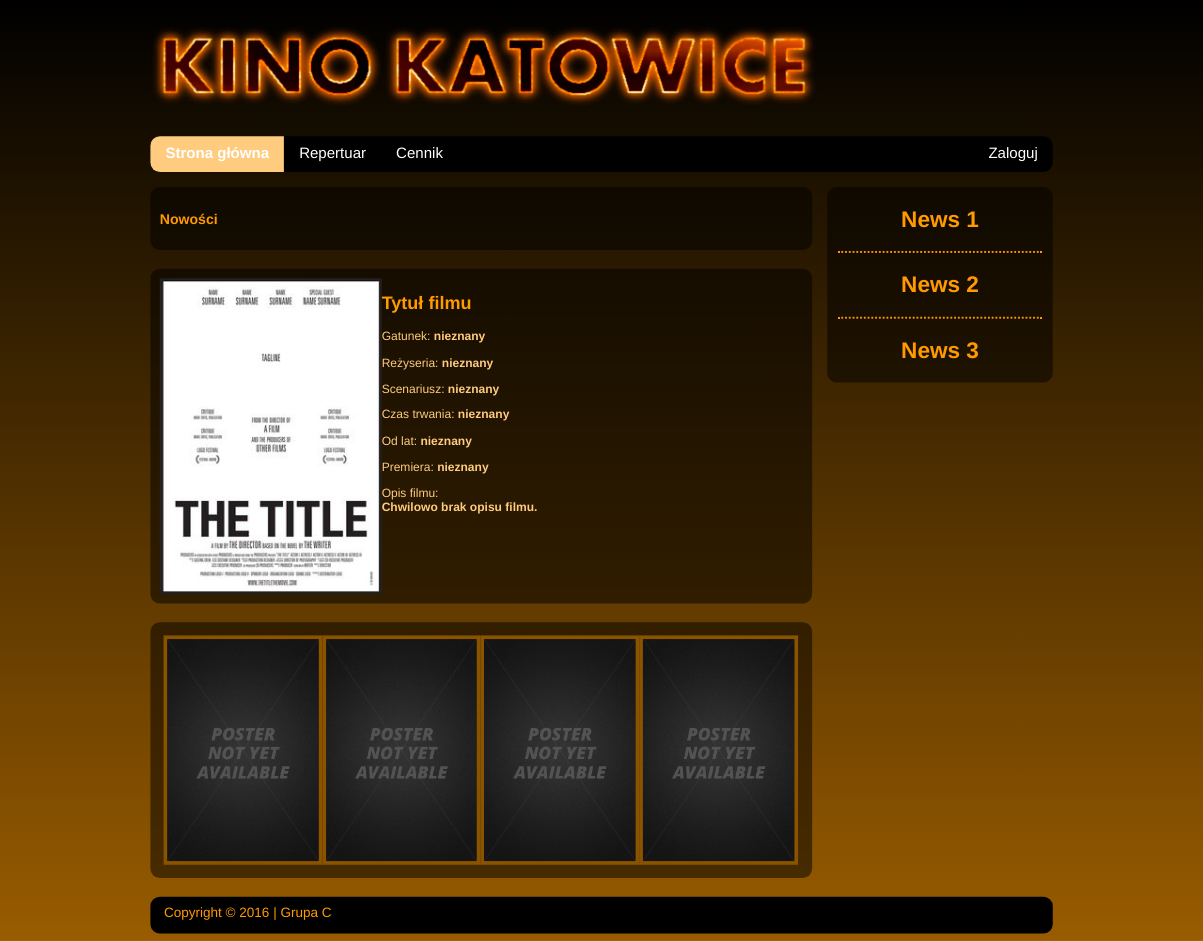
Repository: Gate4/Grupa-C
Page: http://localhost/KinoWebApp/WEB-INF/jsp/welcome.jsp
An editor plug-in stored every save of this project. The page is shown before and after the next save, followed by the edit.
The browser window is 1280 px wide. The pictures show the whole page, at 94% of full size.
Some web libraries are served in a nearby version. The page is served by Tomcat 9. Nobody is signed in. Other server files are loaded and not shown. The template is opened directly, without the code that normally fills it, so the values that code supplies are empty.

Above is the page before, as saved 2016-04-21 22:10:35.

### KinoWebApp/WebContent/WEB-INF/jsp/welcome.jsp
<%@page pageEncoding="UTF-8" contentType="text/html; charset=UTF-8"%>
<%@ taglib prefix="spring" uri="http://www.springframework.org/tags"%>
<!DOCTYPE html>
<html>
<head>


<spring:url value="/resources/style.css" var="styleCSS" />
<link href="${styleCSS}" rel="stylesheet" />
<script
	src="https://ajax.googleapis.com/ajax/libs/jquery/2.1.3/jquery.min.js"></script>
<link href="${styleCSS}" rel="stylesheet" />
<title>Kino</title>
</head>

<body>
	<div id="page">
		<header>
			<h1 id="logo">
				<img src="img/logo.png" alt="Kino Katowice">
			</h1>

			<nav class="clear">
				<ul>
					<li><a class="active" href='#'>Strona główna</a></li>
					<li><a href='#'>Repertuar</a></li>
					<li><a href='#'>Cennik</a></li>
					<li><a href='#'>Zaloguj</a></li>
				</ul>
			</nav>
		</header>


		<div id="content" role="main">
			<section class="primary">
			<section class="tile">
			<h1 id="pagetitle">Nowości</h1>
			</section>
				<section class="tile">
					<img src="resources/img/poster1.jpg" alt="Tytuł filmu 1">
					<h2>Tytuł filmu</h2>
					<p>Gatunek: <span>nieznany</span></p>
					<p>Reżyseria: <span>nieznany</span></p>
					<p>Scenariusz: <span>nieznany</span></p>
					<p>Czas trwania: <span>nieznany</span></p>
					<p>Od lat: <span>nieznany</span></p>
					<p>Premiera: <span>nieznany</span></p>
					<p>Opis filmu:<br> <span>Chwilowo brak opisu filmu.</span></p>
				</section>

				<section class="tile">
					<section class="poster">
						<a href='#'><img src="resources/img/poster4.jpg"
							alt="Tytuł filmu 1"></a>
					</section>
					<section class="poster">
						<a href='#'><img src="resources/img/poster4.jpg"
							alt="Tytuł filmu 2"></a>
					</section>
					<section class="poster">
						<a href='#'><img src="resources/img/poster4.jpg"
							alt="Tytuł filmu 3"></a>
					</section>
					<section class="poster">
						<a href='#'><img src="resources/img/poster4.jpg"
							alt="Tytuł filmu 4"></a>
					</section>
				</section>

			</section>

			<aside class="secondary">
				<section>
					<h2>News 1</h2>
					<p>${message}</p>
				</section>
				<hr>
				<section>
					<h2>News 2</h2>
					<p>${message}</p>
				</section>
				<hr>
				<section>
					<h2>News 3</h2>
					<p>${message}</p>
				</section>
			</aside>
		</div>

		<footer class="clear">
			<section class="footer">
				<p>Copyright © 2016 | Grupa C</p>
			</section>
		</footer>
	</div>

</body>

</html>

### KinoWebApp/WebContent/resources/style.css
body{
	background: #000000;
	background: linear-gradient(#000000, #995c00);
	color: #FF9A00;
	font-family: Helvetica, Verdana, sans;
}

#page{
	width: 960px;
	margin: 0 auto;
}

#logo{
	font-variant: small-caps;
}

#title{
	font-size: 2em;
}

#logo, .primary, .poster, .tile{
	float: left;
}

#contact, .secondary{
	float: right;
}

.clear{
	clear: both;
}

.primary{
	width: 75%;
}

.secondary{
	border-radius: 10px;
	background-color: #000000;
	background-color: rgba(0,0,0,0.5);
	width: 25%;
}

.secondary p,.tile p{
	margin-left: 1em;
	text-align: left;
	color: #FFCC7F;
}

.secondary h2{
	text-align: center;
}

.secondary hr{
	border: none;
	border-top: 2px dotted #FF9A00;
	width: 90%;
}

nav ul{
	border-radius: 10px;
	background-color: #000000;
	min-height: 2.4em;
	list-style: none;
	padding: 0;
}

nav ul li{
	display: inline;
	padding: 5px 1em;
}

nav ul li a{
	display: block;
	float: left;
	height: 1.2em;
	padding: 0.6em 1em;
	margin: 0;
	color: #fff;
	text-decoration: none;
}

nav ul li a:hover, a.active{
	background: #FFCC7F;
	font-weight: bold;
}

nav ul li:last-child{
	float: right;
	padding: 0;
}

nav ul li:first-child a:hover, nav ul li:first-child a.active{
	border-radius: 10px 0 0 10px;
}

nav ul li:last-child a:hover, nav ul li:last-child a.active{
	border-radius: 0 10px 10px 0;
}


.hidden{
	display: none;
}

.poster{
	width: 23.5%;
	padding: 4px 4px 4px 4px;
}

.poster img{
	border-style: solid;
    border-width: 4px;
    border-color: #895300;
	width: 100%;
}

.poster img:hover{
	border-style: solid;
    border-width: 4px;
    border-color: #ffb13b;
	width: 100%;
}


.tile{
    border-radius: 10px;
	background-color: #000000;
	background-color: rgba(0,0,0,0.5);
    width: 95%;

    color: #FF9A00;

    font-size: 0.8em;

    text-align: left;

    margin: 0px 20px 20px 0px;

    padding: 10px 10px 10px 10px;

    border-radius: 10px;
}

.tile img{
	float: left;
}

.tile p span{
    font-weight: bold;
}


.footer{
	border-radius: 10px;
	background-color: #000000;
	min-height: 2.4em;
	padding: 0 0px 0 0;
}

.footer p{
	font-size: 0.9em;
	padding: 0.6em 1em;
}

After the next save:
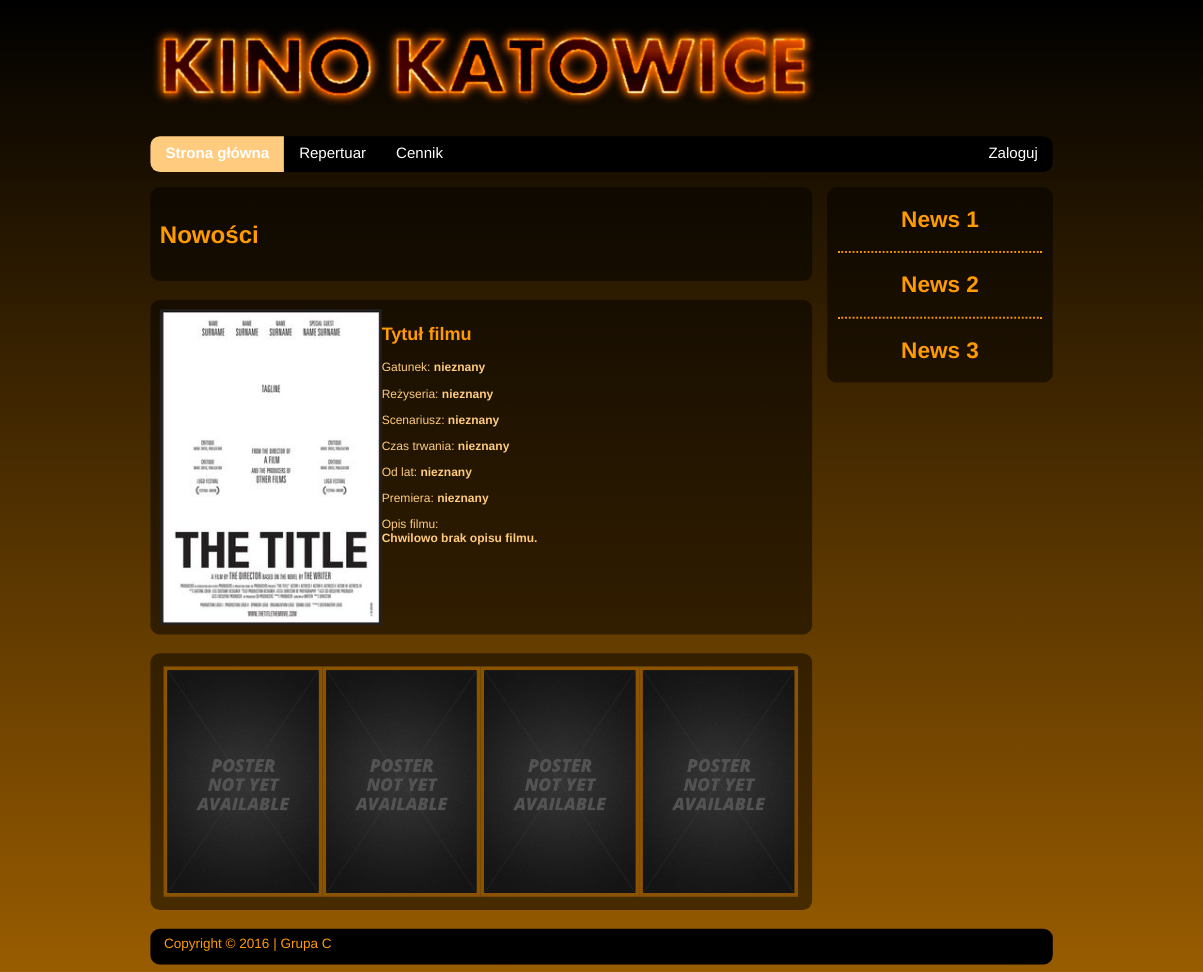
Saved 4 s later.
--- a/KinoWebApp/WebContent/resources/style.css
+++ b/KinoWebApp/WebContent/resources/style.css
@@ -14,7 +14,7 @@ body{
 	font-variant: small-caps;
 }
 
-#title{
+#pagetitle{
 	font-size: 2em;
 }
 
